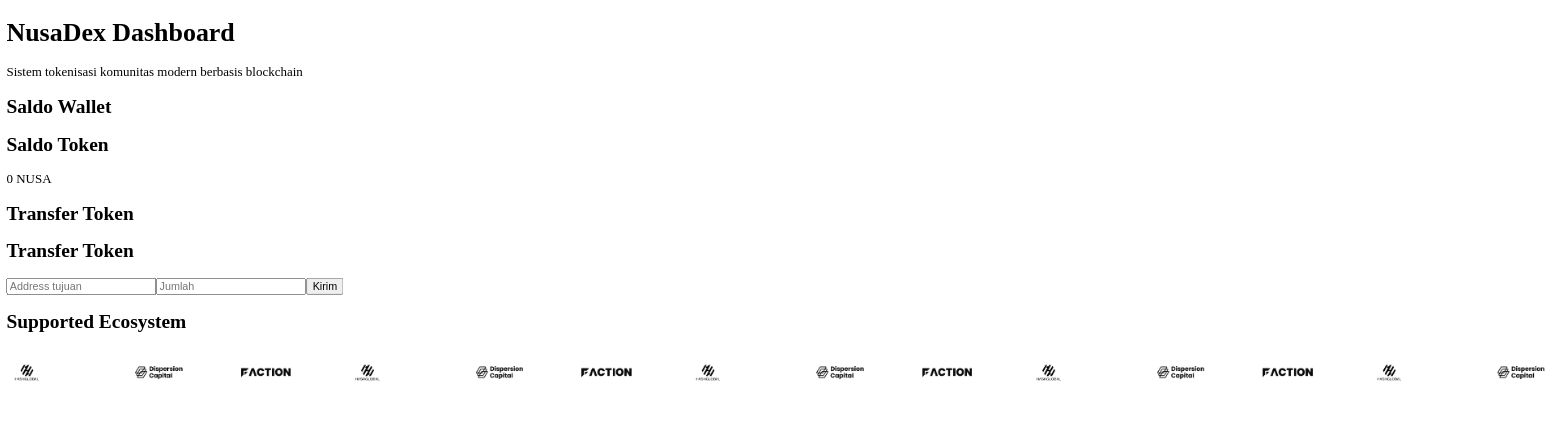
Repository: Danang-adi/Zentrix
Page: / (app in frontend-react/)
An editor plug-in stored every save of this project. The page is shown before and after a run of saves, followed by the edit.
The browser window is 1280 px wide. The page is 2218 px wide, then 2741 px, so the pictures cover 1920 px, including what lies to the right of the window. The pictures show the whole page, at 81% of full size.
The page's requests for data from a server got no answer. The project was rebuilt for these pictures with package versions that can differ from the ones it lists, and the page was loaded fresh each time. No one was signed in, and anything a server would have sent is missing. Also part of the build but not shown: frontend-react/vite.config.ts, frontend-react/src/index.css.

Above is the page before, as saved 2026-04-25 20:34:27.

After the next 3 saves:
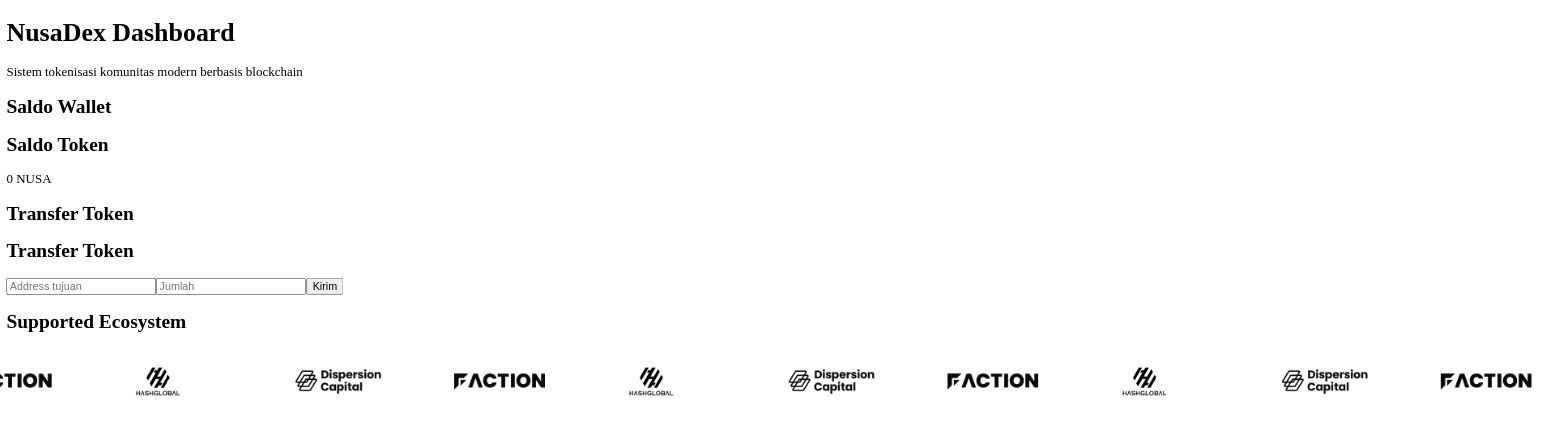
The 3 saves are shown as one change because they came seconds apart.
The last was saved 25 s later.
--- a/frontend-react/src/App.tsx
+++ b/frontend-react/src/App.tsx
@@ -56,7 +56,7 @@
               logos={cryptoLogos}
               speed={60}
               direction="left"
-              logoHeight={22}
+              logoHeight={40}
               gap={50}
               pauseOnHover
               scaleOnHover
